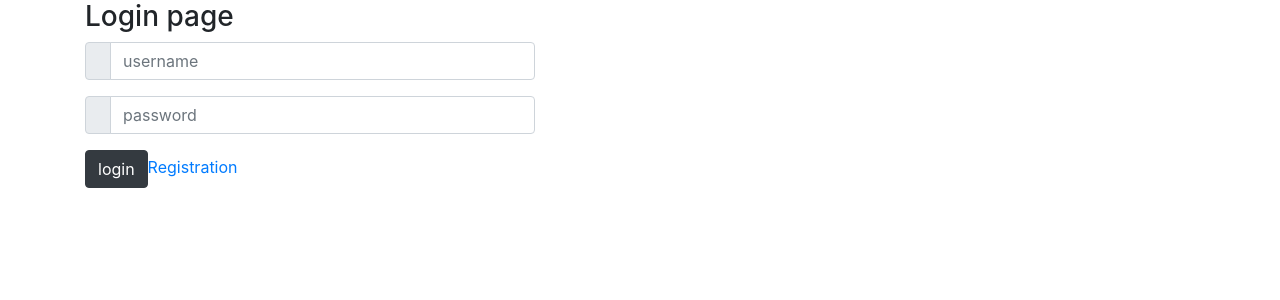
Repository: vishnushelke/LoginPage
Page: http://localhost/MyLoginPage/Login.jsp
An editor plug-in stored every save of this project. The page is shown before and after the next save, followed by the edit.
The browser window is 1280 px wide. The pictures show the whole page.
The page is served by Tomcat 9.

Above is the page before, as saved 2019-10-10 09:30:27.

After the next save:
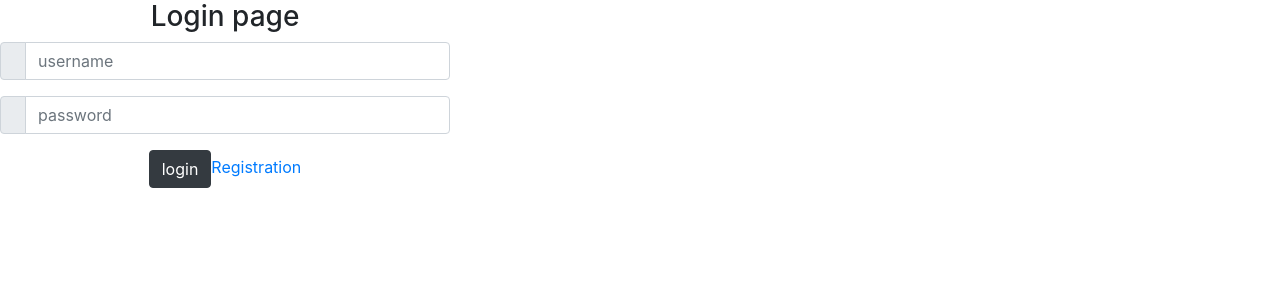
Saved 29 s later.
--- a/MyLoginPage/WebContent/Login.jsp
+++ b/MyLoginPage/WebContent/Login.jsp
@@ -16,10 +16,10 @@
 </head>
 <body>
 	<form action="login" method="post">
-		<div class="container justify-content-center">
+		<div style='text-align: center'>
 			<fieldset style="width: 450px">
 				<h3>Login page</h3>
-				<div class="input-group mb-3" align="center">
+				<div class="input-group mb-3" align="left">
 					<div class="input-group-prepend">
 						<span class="input-group-text" id="basic-addon1"></span>
 					</div>
